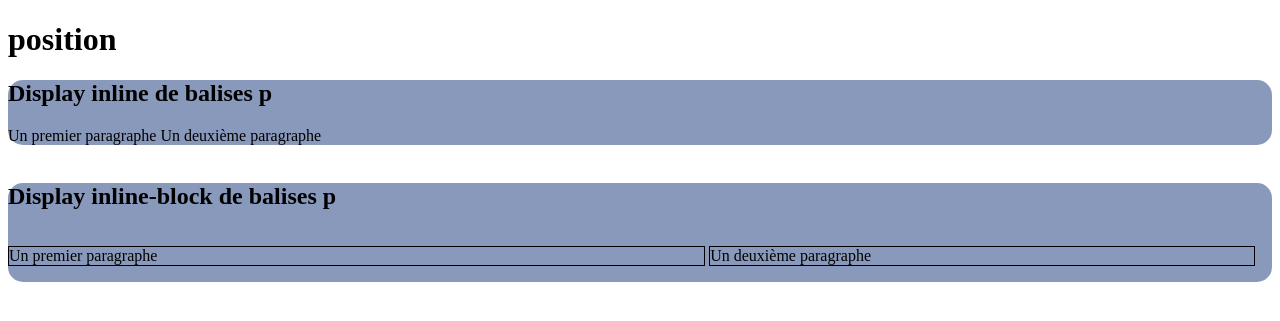
Repository: serviceshuios/Git-Aix-Web
Page: affichage-positionnement/WebContent/index.html
The author's editor kept a copy of each file at every save. The page is drawn from the files as they stood at one save, then again after the next save.
The browser window is 1280 px wide. The pictures show the whole page.

Above is the page before, as saved 2018-10-25 13:28:22.

After the next save:
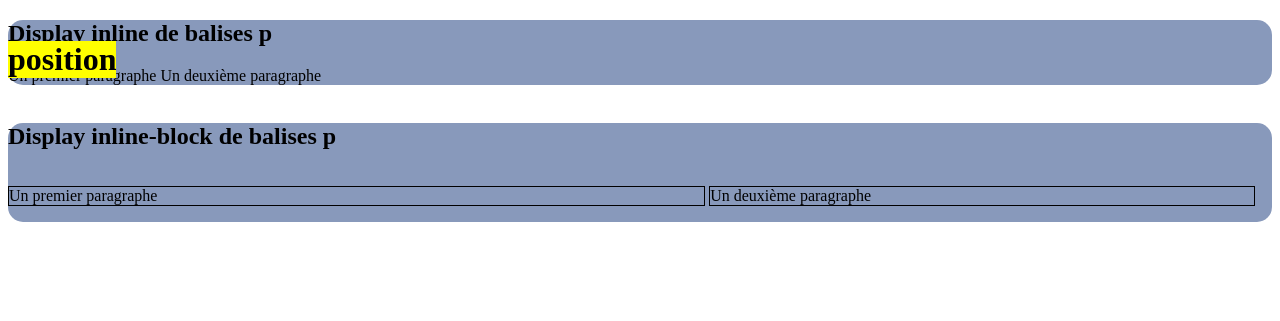
Saved 84 s later.
--- a/affichage-positionnement/WebContent/css/style.css
+++ b/affichage-positionnement/WebContent/css/style.css
@@ -18,3 +18,7 @@ div {
 	border: 1px solid black;
 	width: 43%;
 }
+h1 {
+	position: fixed;
+	background-color: yellow;
+}
